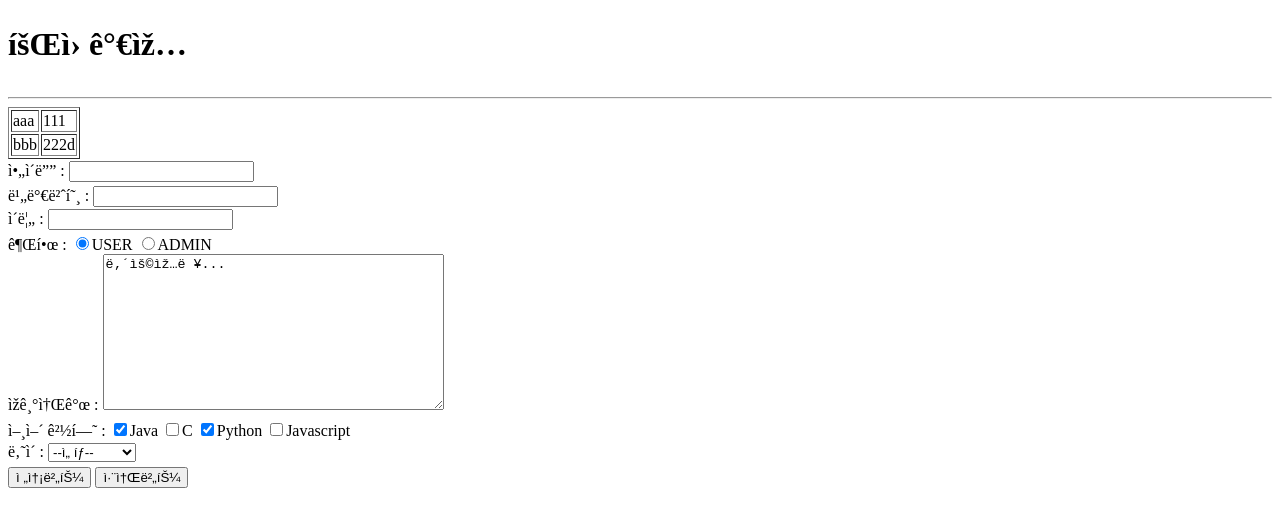
Repository: serim53/JSPStudy
Page: http://localhost/BoardWeb_JSP_/insertUserView.do
An editor plug-in stored every save of this project. The page is shown before and after the next save, followed by the edit.
The browser window is 1280 px wide. The pictures show the whole page.
The page is served by Tomcat 10.

Above is the page before, as saved 2025-07-08 05:00:51.

After the next save:
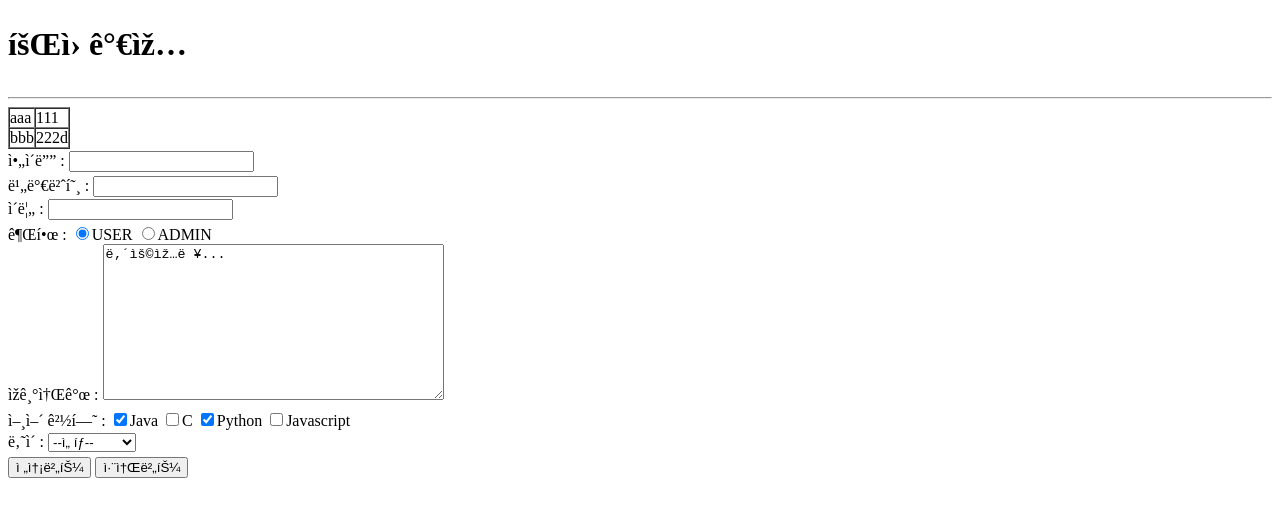
Saved 30 s later.
--- a/BoardWeb(JSP)/src/main/webapp/WEB-INF/board/insertUser.jsp
+++ b/BoardWeb(JSP)/src/main/webapp/WEB-INF/board/insertUser.jsp
@@ -9,7 +9,7 @@
 <hr>
 <form action="insertUser.do" method="get">
 
-<table border="1">
+<table border="1" cellpadding="0" cellspacing="0">
 	<tr><td>aaa</td><td>111</td></tr>
 	<tr><td>bbb</td><td>222d</td></tr>
 </table>
